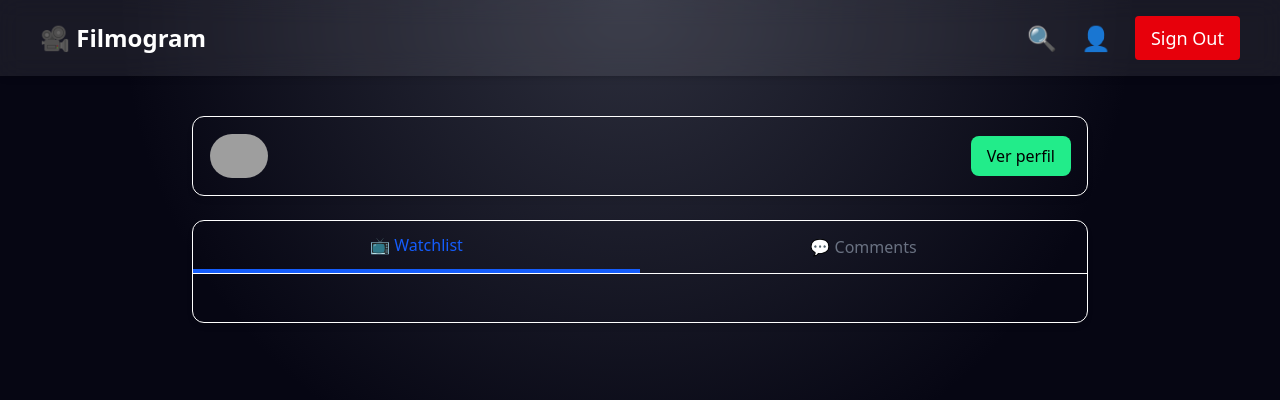
Repository: Leoonard1507/proyecto-final
Page: /client-profile
The author's editor kept a copy of each file at every save. The page is drawn from the files as they stood at one save, then again after the next save.
The browser window is 1280 px wide. The pictures show the whole page.
Pictures or frames that could not be fetched are drawn as grey boxes. The page's requests for data from a server got no answer. The project was rebuilt for these pictures with package versions that can differ from the ones it lists, and the page was loaded fresh each time. The framework's server and built-in components were replaced by stand-ins that run in the browser. No one was signed in, and anything a server would have sent is missing. Also part of the build but not shown: next.config.ts, src/app/components/profileSections/userWatchlist.tsx, src/app/components/profileSections/userComments.tsx, src/libs/axios.ts, src/app/components/profileSections/searchFavsEdit.tsx, src/app/components/profileSections/addFavoritesModal.tsx, src/app/components/profileSections/FavMoviesList.tsx.

Above is the page before, as saved 2025-05-23 14:39:19.

### src/app/layout.tsx
// app/layout.tsx
"use client";

import { SessionProvider } from "next-auth/react";
import "../styles/globals.css";
import { ToastContainer } from 'react-toastify';
import 'react-toastify/dist/ReactToastify.css';


export default function RootLayout({ children }: { children: React.ReactNode }) {
  return (
    <html lang="es">
      <head>
        <title>Filmogram</title>
        <meta name="description" content="Gestiona tu perfil en El Santuario." />
      </head>
      <body className="flex flex-col text-white antialiased">
        {/* Fondo con contenedor dedicado */}
        <div className="min-h-screen w-full bg-radial-pattern">
          <SessionProvider>{children}</SessionProvider>
        </div>
        <ToastContainer />
      </body>
    </html>
  );
}

### src/app/client-profile/page.tsx
"use client";

import { useState, useEffect } from "react";
import { useSession } from "next-auth/react";
import Image from "next/image";
import Navbar from "@/app/components/Navbar";
import { toast } from "react-toastify";
import Watchlist from "../components/profileSections/userWatchlist";
import Comments from "../components/profileSections/userComments";
import FavoriteMoviesSection from "../components/profileSections/addFavoritesModal"; //para elegir favs
import FavoriteMoviesList from "../components/profileSections/FavMoviesList"; //para mostrar las favs en el perfil

export default function ProfilePage() {
  const { data: session } = useSession();
  const [name, setName] = useState("");
  const [nickname, setNickname] = useState("");
  const [usermail, setUsermail] = useState("");
  const [role, setRole] = useState("");
  const [birthdate, setBirthdate] = useState("");
  const [loading, setLoading] = useState(false);
  const [isModalOpen, setIsModalOpen] = useState(false);
  const [description, setDescription] = useState("");
  const [avatar, setAvatar] = useState("");
  const [userId, setUserId] = useState("");
  const [showDetails, setShowDetails] = useState(false);
  const [isPasswordModalOpen, setIsPasswordModalOpen] = useState(false);
  const [currentPassword, setCurrentPassword] = useState("");
  const [newPassword, setNewPassword] = useState("");
  const [repeatPassword, setRepeatPassword] = useState("");
  const [activeTab, setActiveTab] = useState('watchlist');
  //const [favoriteMovies, setFavoriteMovies] = useState<any[]>([]);


  useEffect(() => {
    if (session?.user?.id) {
      setUserId(session.user.id);
      fetchUserData(session.user.id);
    }
  }, [session]);

  const fetchUserData = async (userId: string) => {
    try {
      const res = await fetch(`/api/user/${userId}`);
      if (!res.ok) throw new Error("No se pudo obtener el usuario");
      const user = await res.json();

      setName(user.name || "");
      setUsermail(user.email || "");
      setRole(user.role || "");
      setBirthdate(user.birthdate || "");
      setNickname(user.nickName || "");
      setDescription(user.description || "");
      setAvatar(user.avatar || `https://api.dicebear.com/7.x/bottts/png?seed=${user.id}`);

      //setFavoriteMovies(user.favorites || []);

    } catch (error) {
      console.error("Error al cargar datos del usuario:", error);
    }
  };

  const updateUserProfile = async () => {
    setLoading(true);
    const dataToSend = {
      nickname,
      name,
      email: usermail,
      role,
      description,
      birthdate,
      avatar,
      currentPassword,
      newPassword,
      //favorites: favoriteMovies,
    };

    const response = await fetch("/api/user/update", {
      method: "POST",
      headers: { "Content-Type": "application/json" },
      body: JSON.stringify(dataToSend),
    });

    if (!response.ok) {
      const errorData = await response.json();
      console.error("Error en la respuesta:", errorData);
      throw new Error("Error al actualizar el perfil");
    }

    const responseData = await response.json();
    toast(responseData.message);

    setIsModalOpen(false);
    await fetchUserData(userId);
    setLoading(false);
  };

  const handleSubmit = (e: React.FormEvent) => {
    e.preventDefault();
    updateUserProfile();
  };

  return (
    <div className="min-h-screen text-white">
      {/* Navbar */}
      <Navbar />
      {/* Contenedor de perfil */}

      <div className="max-w-4xl mx-auto mt-10 space-y-6">
        {/* Perfil compacto */}
        <div className="flex items-center justify-between border rounded-xl shadow-md p-4">
          <div className="flex items-center space-x-4">
            <Image
              src={avatar || 'https://api.dicebear.com/7.x/bottts/png?seed=default'}
              alt="Avatar"
              width={60}
              height={60}
              className="rounded-full border"
            />
            <span className="text-xl font-semibold">{nickname}</span>
          </div>
          <button
            onClick={() => setShowDetails(prev => !prev)}
            className="bg-[#22ec8a] text-black px-4 py-2 rounded-lg hover:opacity-70 transition"
          >
            {showDetails ? 'Ocultar perfil' : 'Ver perfil'}
          </button>
        </div>

        {/* Perfil detallado */}
        {showDetails && (
          <div className="border rounded-xl shadow-inner p-6 space-y-6">
            <div className="grid grid-cols-1 sm:grid-cols-2 gap-4">
              <ProfileField label="Nombre completo" value={name} />
              <ProfileField label="Correo" value={usermail} />
              <ProfileField label="Fecha de nacimiento" value={birthdate} />
              <ProfileField label="Rol" value={role} />
              <div className="sm:col-span-2">
                <ProfileField label="Descripción" value={description} />
              </div>
            </div>
            <div className="flex space-x-4">
              <button
                type="button"
                disabled={loading}
                onClick={() => setIsModalOpen(true)}
                className="bg-[#22ec8a] text-black px-4 py-2 rounded-md hover:opacity-70 transition"
              >
                Editar perfil
              </button>
              <button
                type="button"
                disabled={loading}
                onClick={() => setIsPasswordModalOpen(true)}
                className="bg-gray-200 text-gray-800 px-4 py-2 rounded-md hover:bg-gray-300 transition"
              >
                Cambiar contraseña
              </button>
            </div>
          </div>
        )}
        {/* Mostrar las favoritas */}
        {userId && (
          <div className="border rounded-xl shadow-md p-6 mt-6">
            <FavoriteMoviesList userId={userId} />
          </div>
        )}


        {/* Tabs para mostrar contenido */}
        <div className="border rounded-xl shadow-md">
          <div className="flex border-b">
            <button
              onClick={() => setActiveTab('watchlist')}
              className={`flex-1 py-3 text-center font-medium ${activeTab === 'watchlist' ? 'border-b-4 border-bg-[#22ec8a] text-blue-600' : 'text-gray-500 hover:text-blue-600'}`}
            >
              📺 Watchlist
            </button>
            <button
              onClick={() => setActiveTab('comments')}
              className={`flex-1 py-3 text-center font-medium ${activeTab === 'comments' ? 'border-b-4 border-blue-600 text-blue-600' : 'text-gray-500 hover:text-blue-600'}`}
            >
              💬 Comments
            </button>
          </div>
          <div className="p-6">
            {activeTab === 'watchlist' && userId && <Watchlist userId={userId} />}
            {activeTab === 'comments' && userId && <Comments userId={userId} />}
          </div>
        </div>
      </div>
      {/* Modal cambiar contraseña */}
      {isPasswordModalOpen && (
        <div className="fixed inset-0 bg-black bg-opacity-40 flex justify-center items-center z-50">
          <div className="bg-white text-black p-8 rounded-lg max-w-md w-full relative shadow-lg">
            <button
              onClick={() => setIsPasswordModalOpen(false)}
              className="absolute top-3 right-3 text-gray-600 hover:text-gray-800 text-xl"
            >
              ✖
            </button>

            <h2 className="text-2xl font-bold mb-5">Change Password</h2>

            <form
              onSubmit={async (e) => {
                e.preventDefault();
                if (newPassword !== repeatPassword) {
                  alert("Las contraseñas nuevas no coinciden.");
                  return;
                }

                try {
                  await updateUserProfile();
                  setIsPasswordModalOpen(false);
                  setCurrentPassword("");
                  setNewPassword("");
                  setRepeatPassword("");
                } catch (err) {
                  alert(err);
                  console.error(err);
                }
              }}
              className="space-y-4"
            >
              <Input
                label="Current password"
                value={currentPassword}
                onChange={setCurrentPassword}
                type="password"
              />
              <Input
                label="New password"
                value={newPassword}
                onChange={setNewPassword}
                type="password"
              />
              <Input
                label="Repeat new password"
                value={repeatPassword}
                onChange={setRepeatPassword}
                type="password"
              />

              <button
                type="submit"
                className="bg-blue-600 text-white w-full p-2 rounded-lg hover:bg-blue-700 transition"
              >
                Save New Password
              </button>
            </form>
          </div>
        </div>
      )}


      {/* Modal editar perfil */}
      {isModalOpen && (
        <div className="fixed inset-0 bg-black bg-opacity-40 flex justify-center items-center z-50">
          <div className="bg-white text-black p-6 rounded-lg max-w-xl w-full relative shadow-lg space-y-4">
            <button
              onClick={() => setIsModalOpen(false)}
              className="absolute top-3 right-3 text-gray-600 hover:text-gray-800 text-xl"
            >
              ✖
            </button>

            <h2 className="text-2xl font-bold">Editar perfil</h2>

            <form onSubmit={handleSubmit} className="space-y-4">
              <div>
                <label className="block font-medium mb-1">Avatar</label>
                <div className="flex space-x-3">
                  {['cat', 'robot', 'alien', 'monster', 'Sawyer'].map((type) => {
                    const url = `https://api.dicebear.com/7.x/bottts/png?seed=${type}`;
                    return (
                      <Image
                        key={type}
                        src={url}
                        alt="avatar"
                        width={60}
                        height={60}
                        onClick={() => setAvatar(url)}
                        className={`cursor-pointer rounded-full border-2 ${avatar === url ? 'border-blue-600' : 'border-transparent'
                          }`}
                      />
                    );
                  })}
                </div>
              </div>

              <Input label="Nombre" value={name} onChange={setName} />
              <Input label="Apodo" value={nickname} onChange={setNickname} />
              <Input label="Fecha de nacimiento" value={birthdate} onChange={setBirthdate} />
              <Input label="Descripción" value={description} onChange={setDescription} />



              {/* la sección de películas favoritas */}
              <div>
                <h3 className="font-semibold mb-1">Favorite films</h3>
                {session?.user?.id && (
                  <FavoriteMoviesSection userId={session.user.id} />
                )}

              </div>

              <button
                type="submit"
                className="bg-blue-600 text-white w-full py-2 rounded hover:bg-blue-700 disabled:opacity-50"
                disabled={loading}
              >
                {loading ? 'Saving...' : 'Save Changes'}
              </button>
            </form>
          </div>
        </div>
      )}
    </div>
  );
}

// Componente reutilizable para mostrar campos
function ProfileField({ label, value }: { label: string; value: string }) {
  return (
    <div>
      <label className="block text-sm font-medium text-[#22ec8a] mb-1">{label}</label>
      <p className="text-white border border-gray-700 rounded p-2">{value || "—"}</p>
    </div>
  );
}

// Componente reutilizable de inputs
function Input({
  label,
  value,
  onChange,
  type = "text", // Valor por defecto
}: {
  label: string;
  value: string;
  onChange: (val: string) => void;
  type?: string; // Nuevo prop opcional
}) {
  return (
    <div>
      <label className="block text-sm font-medium mb-1">{label}</label>
      <input
        type={type}
        value={value}
        onChange={(e) => onChange(e.target.value)}
        className="w-full border border-gray-300 p-2 rounded"
      />
    </div>
  );
}

### src/styles/globals.css
@import "tailwindcss";

html, body {
  margin: 0;
  padding: 0;
  box-sizing: border-box;
}

* {
  box-sizing: inherit;
}

/* Fondo radial aplicado sólo a una clase */
.bg-radial-pattern {
  background: radial-gradient(circle at 49% 0, #2d2f3d, #070714 51%, #060613 52%);
  background-repeat: no-repeat;
  background-size: cover;
  background-attachment: fixed;
}

@layer utilities {
  .mask-fade {
    -webkit-mask-image: radial-gradient(circle, rgba(0, 0, 0, 1) 0%, rgba(0, 0, 0, 0) 100%);
    mask-image: radial-gradient(circle, rgba(0, 0, 0, 1) 0%, rgba(0, 0, 0, 0) 100%);
  }
}

/* Para movie-details */
.fade-mask-movie-details {
  -webkit-mask-image: linear-gradient(to bottom, rgba(0, 0, 0, 1) 10%, rgba(0, 0, 0, 0));
  mask-image: linear-gradient(to bottom, rgba(0, 0, 0, 1) 10%, rgba(0, 0, 0, 0));
  -webkit-mask-size: 100% 100%;
  mask-size: 100% 100%;
  -webkit-mask-repeat: no-repeat;
  mask-repeat: no-repeat;
}

.custom-scrollbar {
  scrollbar-width: thick;
  scrollbar-color: #333 #222;
  overflow-x: auto; /* Para el desplazamiento horizontal */
  overflow-y: auto;
}

.custom-scrollbar::-webkit-scrollbar {
  height: 20px;
}

.custom-scrollbar::-webkit-scrollbar-track {
  background: #222;
}

.custom-scrollbar::-webkit-scrollbar-thumb {
  background: #333;
  border-radius: 10px;
}

.custom-scrollbar::-webkit-scrollbar-thumb:hover {
  background: #6b6b6b;
}

### src/app/components/Navbar.tsx
'use client';

import Link from 'next/link';
import { useRouter } from 'next/navigation';

export default function Navbar() {
    const router = useRouter();

    const handleLogout = () => {
        // Aquí podrías limpiar cookies, localStorage, o llamar a un endpoint
        // Por ahora simulamos cierre de sesión redirigiendo al login
        // localStorage.removeItem('token'); (si lo usas)
        router.push('/');
    };

    return (
        <nav className="sticky top-0 z-50 text-white px-10 py-4 flex justify-between items-center shadow-md bg-white/8 backdrop-blur-md">
            <div className="text-2xl font-bold">
                <Link href="/home-page">🎥 Filmogram</Link>
            </div>
            <ul className="flex space-x-6 items-center text-lg">
                <li>
                    <Link href="/search" className="hover:text-red-400 transition text-2xl">🔍</Link>
                </li>
                <li>
                    <Link href="/client-profile" className="hover:text-red-400 transition text-2xl">👤</Link>
                </li>
                <li>
                    <button
                        onClick={handleLogout}
                        className="bg-red-600 px-4 py-2 rounded hover:bg-red-700 transition"
                    >
                        Sign Out
                    </button>
                </li>
            </ul>
        </nav>
    );
}

After the next save:
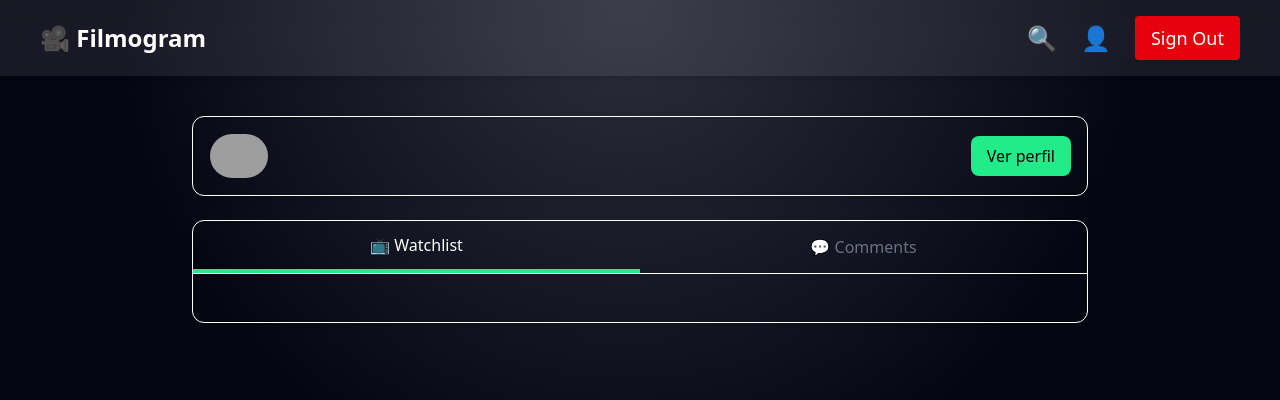
Saved 16 s later.
--- a/src/app/client-profile/page.tsx
+++ b/src/app/client-profile/page.tsx
@@ -171,7 +171,7 @@ export default function ProfilePage() {
           <div className="flex border-b">
             <button
               onClick={() => setActiveTab('watchlist')}
-              className={`flex-1 py-3 text-center font-medium ${activeTab === 'watchlist' ? 'border-b-4 border-bg-[#22ec8a] text-blue-600' : 'text-gray-500 hover:text-blue-600'}`}
+              className={`flex-1 py-3 text-center font-medium ${activeTab === 'watchlist' ? 'border-b-4 border-[#22ec8a] text-bg-[#22ec8a]' : 'text-gray-500 hover:text-blue-600'}`}
             >
               📺 Watchlist
             </button>
